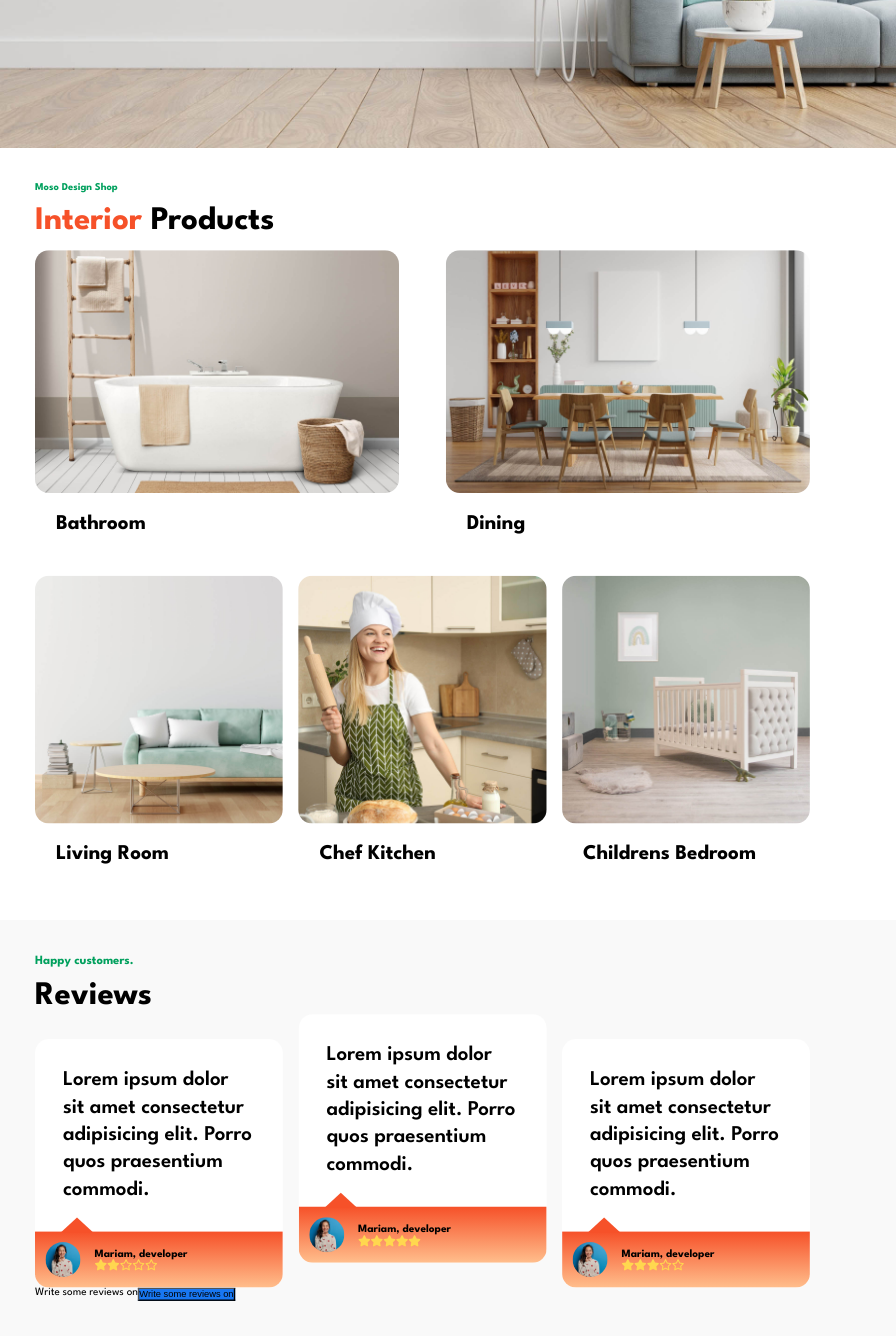
Repository: mariamnabil23/furniture
Page: index.html
The author's editor kept a copy of each file at every save. The page is drawn from the files as they stood at one save, then again after a run of saves.
The browser window is 1280 px wide. The pictures show the part of the page from y = 1809 to 3729 px (the page is 3717 px tall before and 3729 px after), at 70% of full size.
Some web fonts or font styles are not loaded; a fallback is used.

Above is the page before, as saved 2024-10-31 10:04:30.

After the next 5 saves:
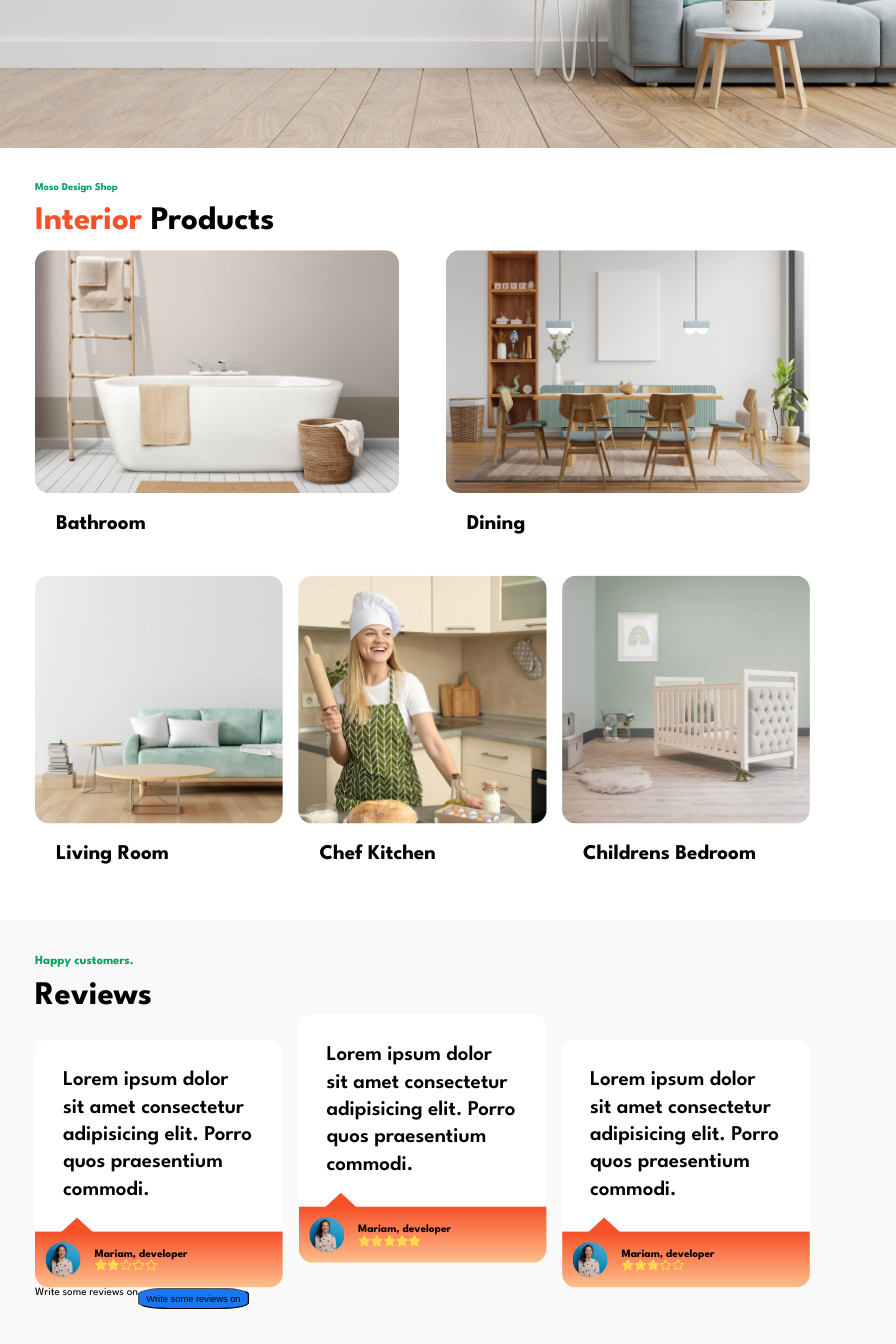
The 5 saves are shown as one change because they came seconds apart.
The last was saved 11 s later.
--- a/style.css
+++ b/style.css
@@ -443,5 +443,6 @@ h2 {
 }
 .reviews .bottom .box-btn{
     background-color: #1877f2;
-    pa
-}
+    padding: 6px 10px;
+    border-radius: 30%;
+}
